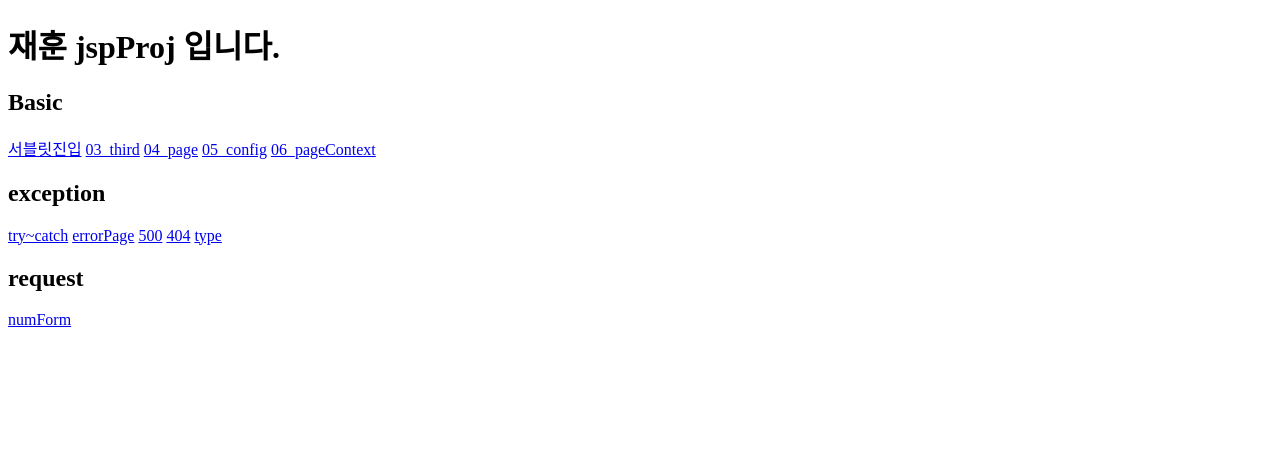
Repository: Jhoon0211/java_work
Page: http://localhost/jspProj/
An editor plug-in stored every save of this project. The page is shown before and after the next save, followed by the edit.
The browser window is 1280 px wide. The pictures show the whole page.
The page is served by Tomcat 9.

Above is the page before, as saved 2023-08-02 00:56:28.

After the next save:
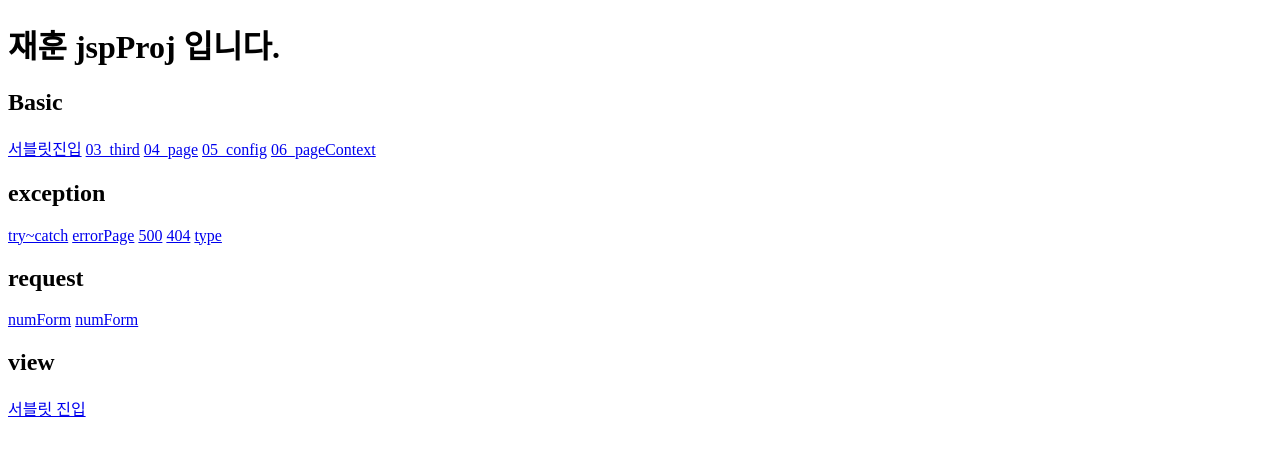
Saved 57 s later.
--- a/jspProj/src/main/webapp/index.jsp
+++ b/jspProj/src/main/webapp/index.jsp
@@ -23,4 +23,7 @@
 </body>
 <h2>request</h2>
 <a href="request/numForm.jsp">numForm</a>
+<a href="request/numForm.jsp">numForm</a>
+<h2>view</h2>
+<a href="redirect/a.jsp">서블릿 진입</a>
 </html>
